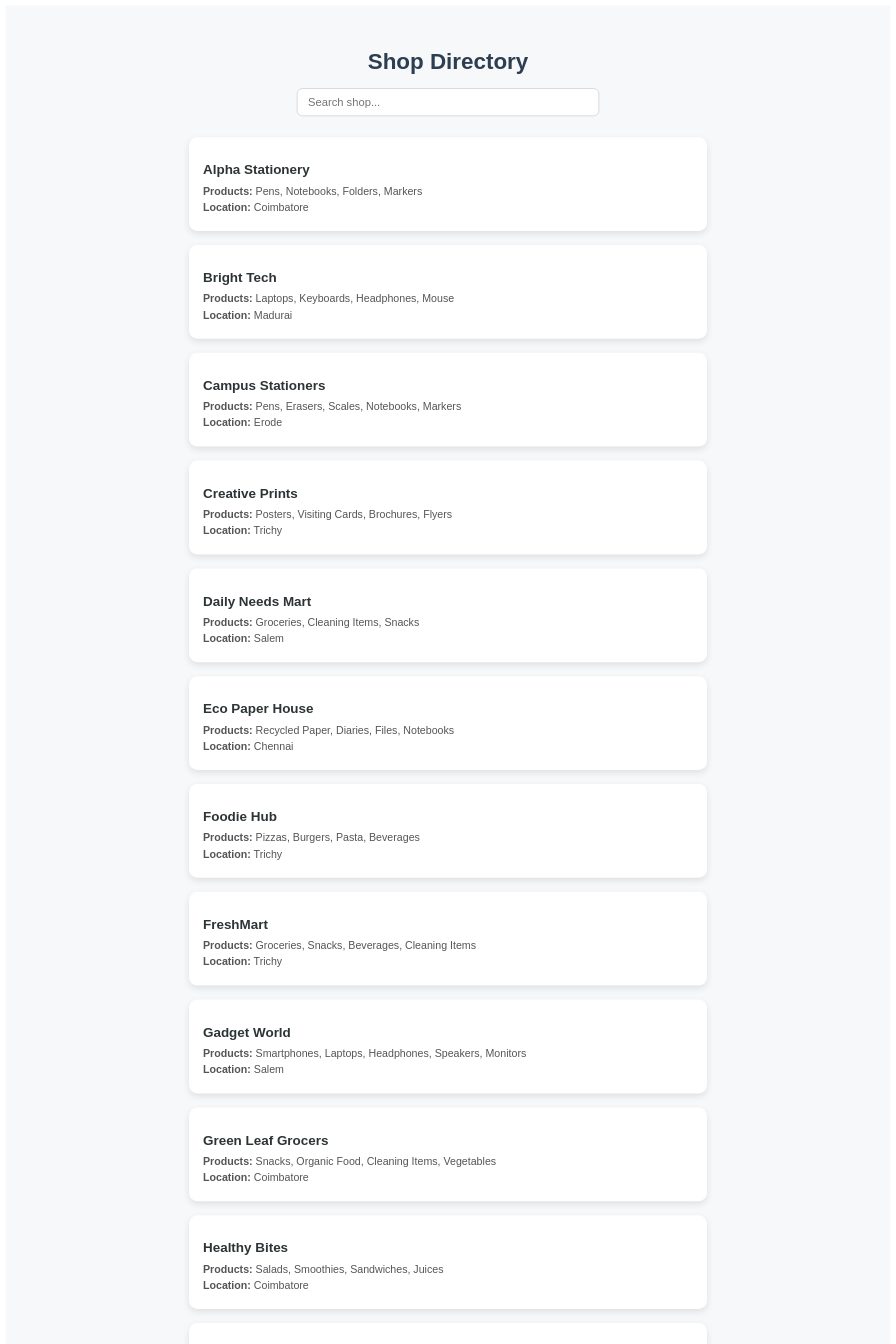
Repository: Pavithra-09git/CarSort
Page: /
These files come from the project's save history. The page is drawn as it stood at one moment and after a run of saves; the edit follows.
The browser window is 1280 px wide. The pictures show the part of the page from y = 0 to 1920 px (the page is 4842 px tall), at 70% of full size.
The project was rebuilt for these pictures with package versions that can differ from the ones it lists, and the page was loaded fresh each time. Also part of the build but not shown: vite.config.js.

Above is the page before, as saved 2025-10-26 12:03:45.

After the next 5 saves:
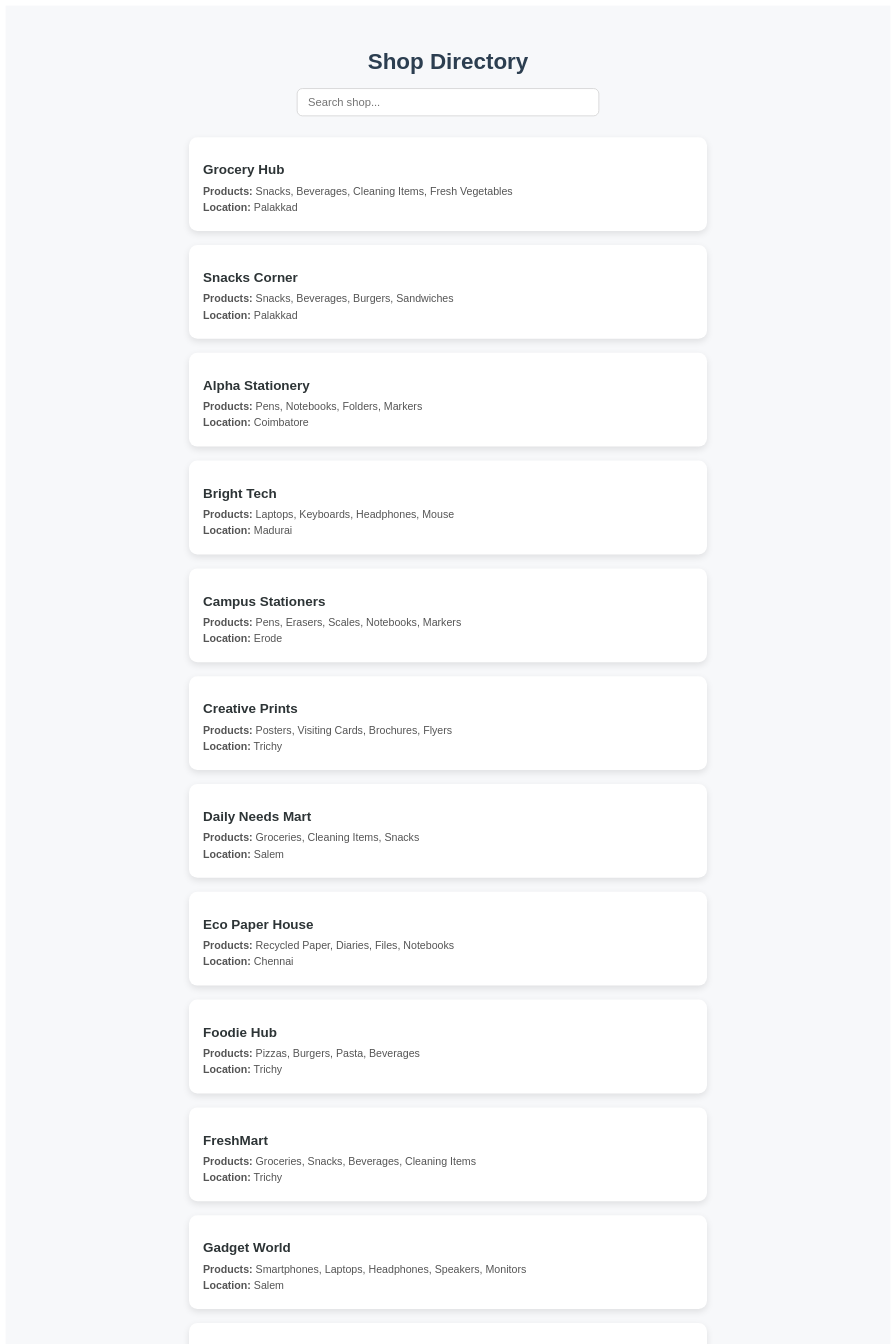
The 5 saves are shown as one change because they came seconds apart.
The last was saved 28 s later.
--- a/src/data.js
+++ b/src/data.js
@@ -15,12 +15,12 @@ export const shops = [
   { id: 14, name: "Green Leaf Grocers", products: "Snacks, Organic Food, Cleaning Items, Vegetables", location: "Coimbatore" },
   { id: 15, name: "Home Essentials", products: "Cleaning Items, Groceries, Snacks, Toiletries", location: "Salem" },
   { id: 16, name: "QuickMart", products: "Groceries, Beverages, Snacks, Household Items", location: "Chennai" },
-  { id: 17, name: "Palakkad Grocery Hub", products: "Snacks, Beverages, Cleaning Items, Fresh Vegetables", location: "Palakkad" },
+  { id: 17, name: " Grocery Hub", products: "Snacks, Beverages, Cleaning Items, Fresh Vegetables", location: "Palakkad" },
   { id: 18, name: "FreshMart", products: "Groceries, Snacks, Beverages, Cleaning Items", location: "Trichy" },
   { id: 19, name: "Tasty Treats", products: "Burgers, Pizzas, Sandwiches, Beverages", location: "Chennai" },
   { id: 20, name: "Healthy Bites", products: "Salads, Smoothies, Sandwiches, Juices", location: "Coimbatore" },
   { id: 21, name: "Foodie Hub", products: "Pizzas, Burgers, Pasta, Beverages", location: "Trichy" },
-  { id: 22, name: "Palakkad Snacks Corner", products: "Snacks, Beverages, Burgers, Sandwiches", location: "Palakkad" },
+  { id: 22, name: " Snacks Corner", products: "Snacks, Beverages, Burgers, Sandwiches", location: "Palakkad" },
   { id: 23, name: "Snack Attack", products: "Burgers, Sandwiches, Fries, Beverages", location: "Madurai" },
   { id: 24, name: "Knowledge Academy", products: "Books, Stationery, Educational Kits", location: "Madurai" },
   { id: 25, name: "Smart Learning Center", products: "Books, Worksheets, Study Materials, Learning Kits", location: "Coimbatore" },
